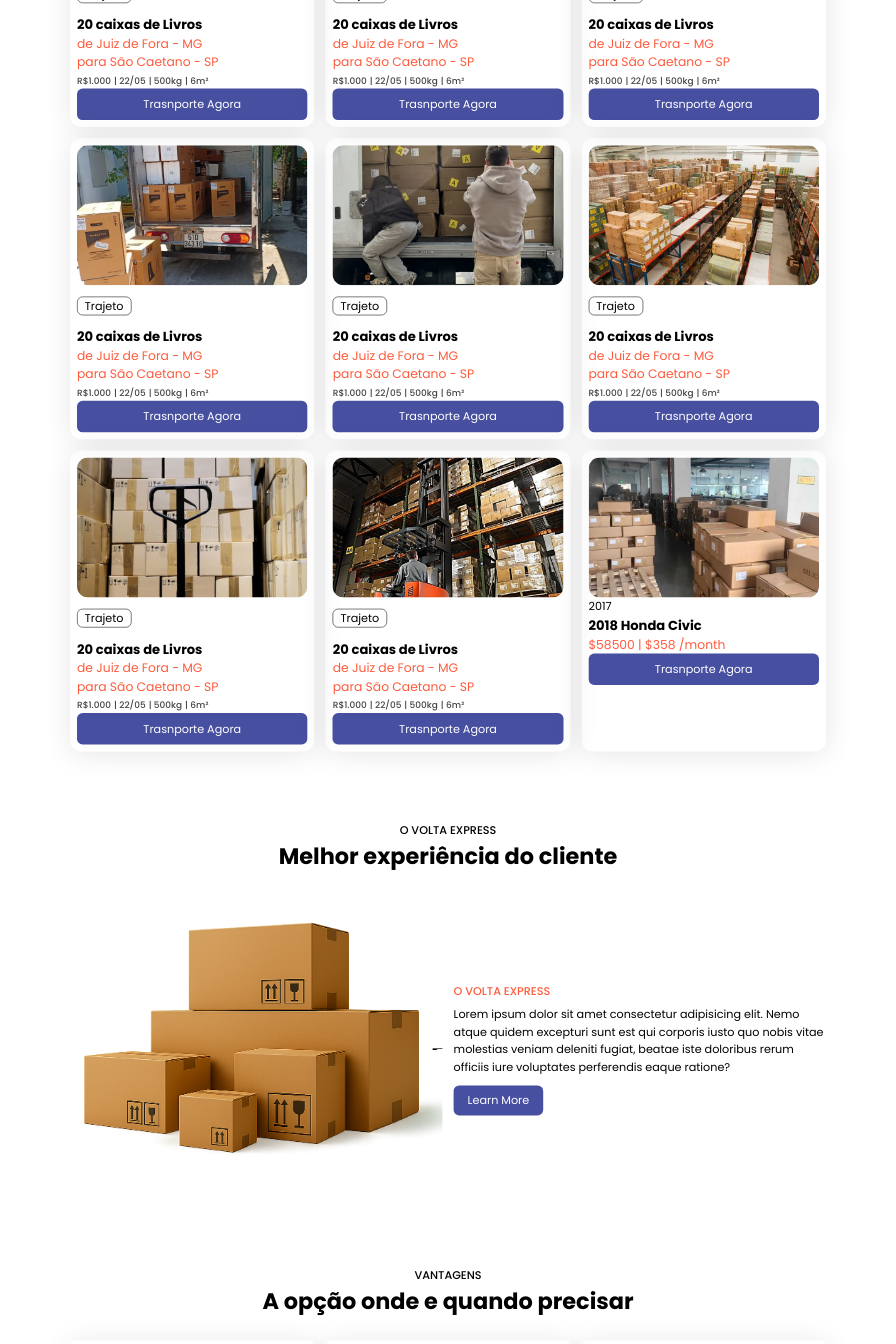
Repository: douglasabnovato/transportation
Page: index.html
The author's editor kept a copy of each file at every save. The page is drawn from the files as they stood at one save, then again after a run of saves.
The browser window is 1280 px wide. The pictures show the part of the page from y = 1632 to 3552 px (the page is 4178 px tall), at 70% of full size.

Above is the page before, as saved 2025-05-19 01:27:54.

After the next 2 saves:
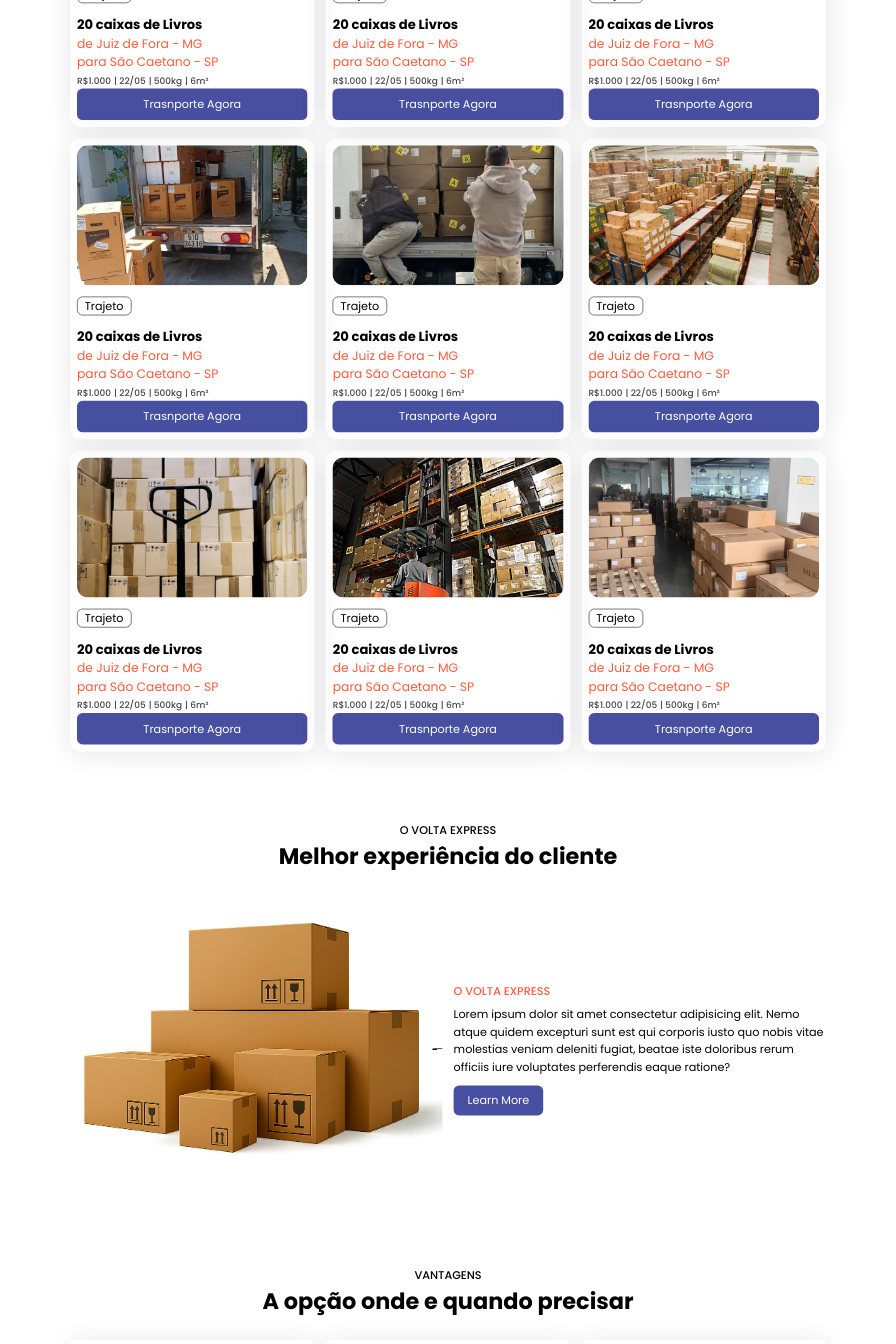
The 2 saves are shown as one change because they came seconds apart.
The last was saved 15 s later.
--- a/index.html
+++ b/index.html
@@ -121,7 +121,7 @@
           </div>
           <p class="infos">Trajeto</p>
           <h3>20 caixas de Livros</h3>
-          <h2>de Juiz de Fora - MG  </h2>
+          <h2>de Juiz de Fora - MG</h2>
           <h2>para São Caetano - SP</h2>
           <p>
             <span> R$1.000</span>
@@ -141,7 +141,7 @@
           </div>
           <p class="infos">Trajeto</p>
           <h3>20 caixas de Livros</h3>
-          <h2>de Juiz de Fora - MG  </h2>
+          <h2>de Juiz de Fora - MG</h2>
           <h2>para São Caetano - SP</h2>
           <p>
             <span> R$1.000</span>
@@ -161,7 +161,7 @@
           </div>
           <p class="infos">Trajeto</p>
           <h3>20 caixas de Livros</h3>
-          <h2>de Juiz de Fora - MG  </h2>
+          <h2>de Juiz de Fora - MG</h2>
           <h2>para São Caetano - SP</h2>
           <p>
             <span> R$1.000</span>
@@ -181,7 +181,7 @@
           </div>
           <p class="infos">Trajeto</p>
           <h3>20 caixas de Livros</h3>
-          <h2>de Juiz de Fora - MG  </h2>
+          <h2>de Juiz de Fora - MG</h2>
           <h2>para São Caetano - SP</h2>
           <p>
             <span> R$1.000</span>
@@ -201,7 +201,7 @@
           </div>
           <p class="infos">Trajeto</p>
           <h3>20 caixas de Livros</h3>
-          <h2>de Juiz de Fora - MG  </h2>
+          <h2>de Juiz de Fora - MG</h2>
           <h2>para São Caetano - SP</h2>
           <p>
             <span> R$1.000</span>
@@ -221,7 +221,7 @@
           </div>
           <p class="infos">Trajeto</p>
           <h3>20 caixas de Livros</h3>
-          <h2>de Juiz de Fora - MG  </h2>
+          <h2>de Juiz de Fora - MG</h2>
           <h2>para São Caetano - SP</h2>
           <p>
             <span> R$1.000</span>
@@ -241,7 +241,7 @@
           </div>
           <p class="infos">Trajeto</p>
           <h3>20 caixas de Livros</h3>
-          <h2>de Juiz de Fora - MG  </h2>
+          <h2>de Juiz de Fora - MG</h2>
           <h2>para São Caetano - SP</h2>
           <p>
             <span> R$1.000</span>
@@ -261,7 +261,7 @@
           </div>
           <p class="infos">Trajeto</p>
           <h3>20 caixas de Livros</h3>
-          <h2>de Juiz de Fora - MG  </h2>
+          <h2>de Juiz de Fora - MG</h2>
           <h2>para São Caetano - SP</h2>
           <p>
             <span> R$1.000</span>
@@ -279,9 +279,16 @@
               alt="car1"
             />
           </div>
-          <p>2017</p>
-          <h3>2018 Honda Civic</h3>
-          <h2>$58500 | $358 <span> /month</span></h2>
+          <p class="infos">Trajeto</p>
+          <h3>20 caixas de Livros</h3>
+          <h2>de Juiz de Fora - MG</h2>
+          <h2>para São Caetano - SP</h2>
+          <p>
+            <span> R$1.000</span>
+            <span> | 22/05</span>
+            <span> | 500kg</span>
+            <span> | 6m²</span>
+          </p>
           <a href="#" class="btn">Trasnporte Agora</a>
         </div>
       </div>
